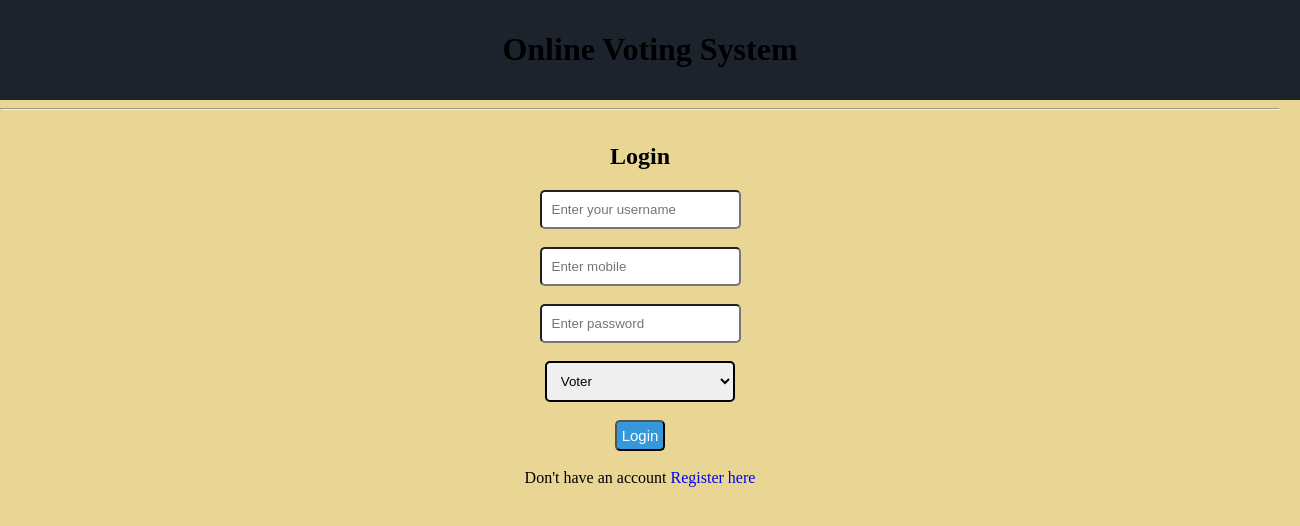
Repository: LeLoUcH-V-BrItAnIa/voting
Page: http://localhost/
These files come from the project's save history. The page is drawn as it stood at one moment and after the next save; the edit follows.
The browser window is 1280 px wide. The page is 1300 px wide, so the pictures cover 1300 px, including what lies to the right of the window. The pictures show the whole page.
The page is run by PHP 8.4 with error messages shown; the project is at /var/www/html/.

Above is the page before, as saved 2023-08-31 11:57:57.

### online-voting-system/index.php
<html>
    <head>
        <title>Online voting system - Home</title>
        <link rel="stylesheet" href="css/stylesheet.css">
    </head>
    <body>

            <center>
            <div id="headerSection" >
            <h1>Online Voting System</h1>
            </div>
            <hr>

            <div id="loginSection">
                <h2>Login</h2>
                <form action="api/login.php" method="POST">
                    <input type="text" name="username" placeholder="Enter your username" required><br><br>
                    <input type="number" name="mob" placeholder="Enter mobile" required><br><br>
                    <input type="password" name="pass" placeholder="Enter password" required><br><br>
                    <select name="role" style="width: 15%; border: 2px solid black">
                        <option value="1">Voter</option>
                        <option value="2">Candidate</option>
                    </select><br><br>
                    <button id="loginbtn" type="submit" name="loginbtn">Login</button><br><br>
                    Don't have an account <a href="routes/register.php">Register here</a>
                </form>
            </div>

            </center>
    </body>
</html>

### online-voting-system/css/stylesheet.css
body,html{
  margin: 0;
  height: 100%;

}
input {
  padding: 10px;
  border-radius: 5px;
}

select {
  padding: 10px;
  border-radius: 5px;
}

#upload {
  padding: 10px;
  border-radius: 5px;
  border: 2px solid black;
}

#headerSection {
  text-align: center;
  background-color: rgb(28, 35, 44);
  padding: 10px;
  width: 100%;
  font-family: Cursive;
}

#loginSection {
  padding: 5px;
}

body {
  background-color: #e9d694;
}

#loginbtn {
  padding: 5px;
  font-size: 15px;
  background-color: #3498db;
  color: white;
  border-radius: 5px;
}

#reglink {
  padding: 5px;
  font-size: 15px;
  background-color: #3498db;
  color: white;
  border-radius: 5px;
  text-decoration: none;
}

a {
  text-decoration: none;
}

#mainSection {
  padding: 10px;
}

#profileSection {
  width: 30%;
  float: left;
  background-color: white;
  padding: 20px;
}

#groupSection {
  width: 60%;
  float: right;
  background-color: white;
  padding: 20px;
}

#back-button {
  float: left;
  margin-left: 20px;
  margin-top: 20px;
  padding: 5px;
  font-size: 15px;
  background-color: #3498db;
  color: white;
  border-radius: 5px;
}

#logout-button {
  float: right;
  margin-right: 20px;
  margin-top: 20px;
  padding: 5px;
  font-size: 15px;
  background-color: #3498db;
  color: white;
  border-radius: 5px;
}

After the next save:
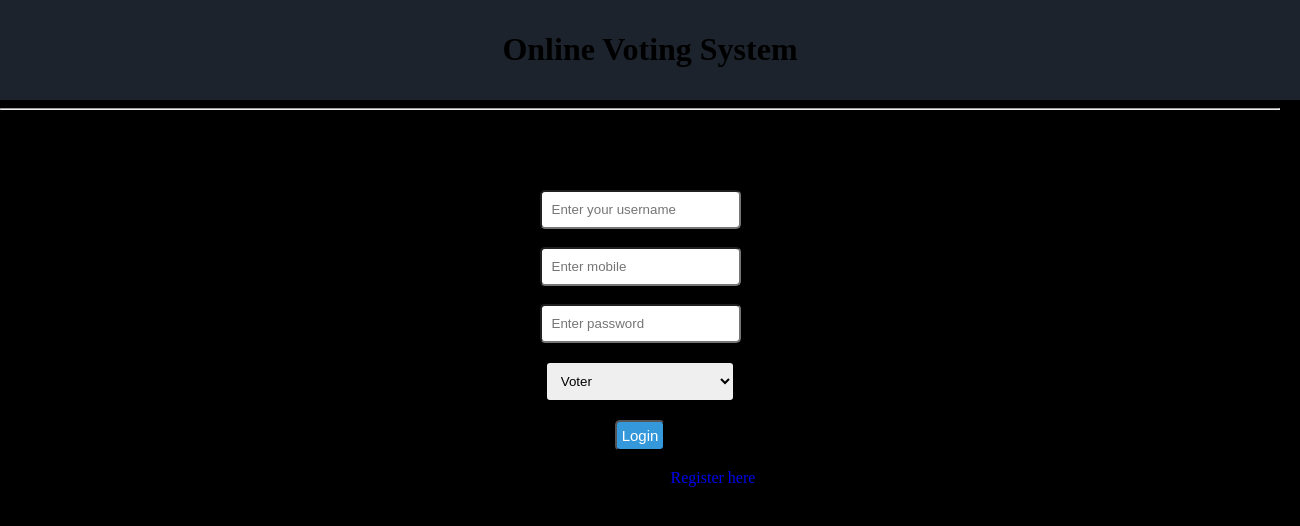
Saved 4 s later.
--- a/online-voting-system/css/stylesheet.css
+++ b/online-voting-system/css/stylesheet.css
@@ -32,7 +32,7 @@ select {
 }
 
 body {
-  background-color: #e9d694;
+  background-color: #000000;
 }
 
 #loginbtn {
